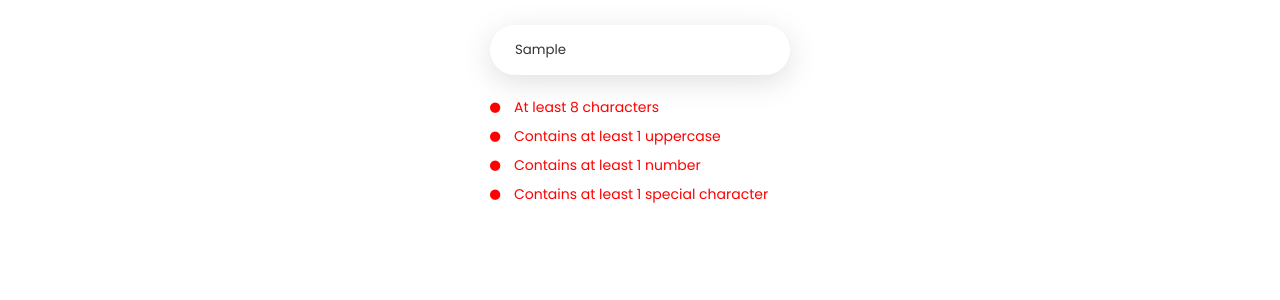
Repository: thuan711/All-about-JS
Page: pass-validation.html
The author's editor kept a copy of each file at every save. The page is drawn from the files as they stood at one save, then again after the next save.
The browser window is 1280 px wide. The pictures show the whole page.
Empty fields were first filled with sample values (such as "Sample", 5 or name@example.com).
After loading, the first visible `input.input` was changed once.

Above is the page before, as saved 2022-12-30 12:56:52.

### pass-validation.html
<!DOCTYPE html>
<html lang="en">
  <head>
    <meta charset="UTF-8" />
    <meta http-equiv="X-UA-Compatible" content="IE=edge" />
    <title>Input password strength</title>
    <link rel="preconnect" href="https://fonts.gstatic.com" />
    <link
      href="https://fonts.googleapis.com/css2?family=Poppins:wght@400;600&display=swap"
      rel="stylesheet"
    />
    <link
      rel="stylesheet"
      href="https://cdnjs.cloudflare.com/ajax/libs/font-awesome/4.7.0/css/font-awesome.min.css"
      integrity="sha512-SfTiTlX6kk+qitfevl/7LibUOeJWlt9rbyDn92a1DqWOw9vWG2MFoays0sgObmWazO5BQPiFucnnEAjpAB+/Sw=="
      crossorigin="anonymous"
    />
    <style>
        html {
            box-sizing: border-box;
          }
          * {
            margin: 0;
            padding: 0;
          }
          *,
          *:before,
          *:after {
            box-sizing: border-box;
          }
          input,
          textarea,
          select,
          button {
            outline: none;
          }
          input {
            line-height: normal;
          }
          label,
          button {
            cursor: pointer;
          }
          a {
            text-decoration: none;
          }
          img {
            display: block;
            max-width: 100%;
          }
          *,
          *:before,
          *:after {
            box-sizing: border-box;
          }
          /* using rem unit */
          html {
            font-size: 62.5%;
          }
          a {
            text-decoration: none;
          }
          img {
            display: block;
            max-width: 100%;
          }
          body {
            font-family: "Poppins", sans-serif;
            font-size: 16px;
            line-height: 1;
          }

          .input {
            background-color: white;
            border: 0;
            border-radius: 50px;
            padding: 15px 25px;
            padding-right: 50px;
            color: #333;
            font-family: "Poppins", sans-serif;
            display: block;
            box-shadow: rgba(100, 100, 111, 0.2) 0px 7px 29px 0px;
            width: 100%;
          }
          .input.invalid + .input-icons .fa-times,
          .input.valid + .input-icons .fa-check {
            opacity: 1;
            visibility: visible;
            transform: scale(1);
          }
          .input-wrapper {
            position: relative;
            width: 300px;
            margin: 25px auto;
          }
          .input-icons {
            position: absolute;
            top: 50%;
            transform: translateY(-50%);
            right: 25px;
            display: flex;
            justify-content: center;
            align-items: center;
          }
          .input-icons i {
            color: white;
            width: 20px;
            height: 20px;
            border-radius: 20px;
            display: flex;
            justify-content: center;
            align-items: center;
            font-size: 10px;
            opacity: 0;
            visibility: hidden;
            transform: scale(0);
            transition: all 0.2s ease;
            position: absolute;
          }
          .fa-check {
            background-color: #20e3b2;
          }
          .fa-times {
            background-color: #fc5776;
          }
          .check-list {
            margin-top: 25px;
            font-size: 14px;
            font-weight: 300;
            color: #999;
          }
          .check-item {
            margin-bottom: 15px;
          }
          .check-item.active {
            color: #20e3b2;
          }
          .check-item.unactive {
            color: #f00;
          }
          .check-item i {
            font-size: 12px;
            color: inherit;
            margin-right: 10px;
          }
    </style>
  </head>
  <body>
    <div class="input-wrapper">
      <input type="text" class="input" placeholder="Your password" />
      <div class="input-icons">
        <i class="fa fa-check"></i>
        <i class="fa fa-times"></i>
      </div>
      <div class="check-list">
        <div class="check-item check-length" data-validation="length">
          <i class="fa fa-circle"></i> At least 8 characters
        </div>
        <div class="check-item check-upper">
          <i class="fa fa-circle"></i> Contains at least 1 uppercase
        </div>
        <div class="check-item check-number">
          <i class="fa fa-circle"></i> Contains at least 1 number
        </div>
        <div class="check-item check-special">
          <i class="fa fa-circle"></i> Contains at least 1 special character
        </div>
      </div>
    </div>
    <script src="event/pass-validation.js"></script>
  </body>
</html>

### event/pass-validation.js
window.addEventListener("load", function(){
    const passwordInput = document.querySelector(".input");
    passwordInput.addEventListener("input", function(e){
        const value = e.target.value;
        const checkLenghtClass = e.target.parentNode.querySelector(".check-length");
        const checkUpperClass = e.target.parentNode.querySelector(".check-upper");
        const checkNumberClass = e.target.parentNode.querySelector(".check-number");
        const checkSpecialClass = e.target.parentNode.querySelector(".check-special");
        const checkItems = e.target.parentNode.querySelector(".check-item");
        if(!value){
            [...checkItems].forEach((item) =>{
                item.classList.remove("active");
                item.classList.remove("unactive");
            });
            return;
        }
        if(value.length < 8){
            checkLenghtClass.classList.add("unactive");
            checkLenghtClass.classList.remove("active");
        } else{
            checkLenghtClass.classList.add("active");
            checkLenghtClass.classList.remove("unactive");
        }

        if(!/A-Z/.test(value)){
            checkUpperClass.classList.add("unactive");
            checkUpperClass.classList.remove("active");
        } else {
            checkUpperClass.classList.add("active");
            checkUpperClass.classList.remove("unactive");
        }

        if(!/0-9/.test(value)){
            checkNumberClass.classList.add("unactive");
            checkNumberClass.classList.remove("active");
        } else {
            checkNumberClass.classList.add("active");
            checkNumberClass.classList.remove("unactive");
        }

        if(!/[$@%^&*()!|-]/.test(value)){
            checkSpecialClass.classList.add("unactive");
            checkSpecialClass.classList.remove("active");
        } else {
            checkSpecialClass.classList.add("active");
            checkSpecialClass.classList.remove("unactive");
        }
    });
});

After the next save:
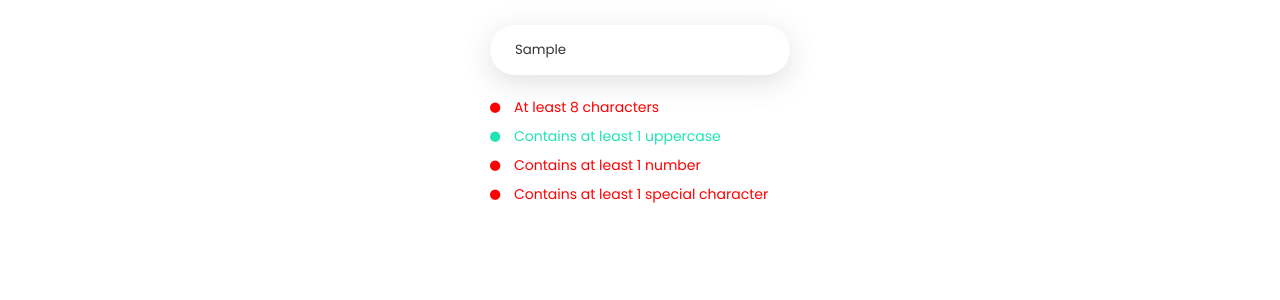
Saved 4 min 32 s later.
--- a/event/pass-validation.js
+++ b/event/pass-validation.js
@@ -22,28 +22,41 @@ window.addEventListener("load", function(){
             checkLenghtClass.classList.remove("unactive");
         }
 
-        if(!/A-Z/.test(value)){
-            checkUpperClass.classList.add("unactive");
-            checkUpperClass.classList.remove("active");
+        // if(!/A-Z/.test(value)){
+        //     checkUpperClass.classList.add("unactive");
+        //     checkUpperClass.classList.remove("active");
+        // } else {
+        //     checkUpperClass.classList.add("active");
+        //     checkUpperClass.classList.remove("unactive");
+        // }
+
+        // if(!/0-9/.test(value)){
+        //     checkNumberClass.classList.add("unactive");
+        //     checkNumberClass.classList.remove("active");
+        // } else {
+        //     checkNumberClass.classList.add("active");
+        //     checkNumberClass.classList.remove("unactive");
+        // }
+
+        // if(!/[$@%^&*()!|-]/.test(value)){
+        //     checkSpecialClass.classList.add("unactive");
+        //     checkSpecialClass.classList.remove("active");
+        // } else {
+        //     checkSpecialClass.classList.add("active");
+        //     checkSpecialClass.classList.remove("unactive");
+        // }
+        passwordInputValidation(checkUpperClass, value, /[A-Z]/);
+        passwordInputValidation(checkNumberClass, value, /[0-9]/);
+        passwordInputValidation(checkSpecialClass, value, /[$@%^&*()}{[\]}!]/);
+    });
+
+    function passwordInputValidation(selector, value, regex) {
+        if (!regex.test(value)) {
+        selector.classList.add("unactive");
+        selector.classList.remove("active");
         } else {
-            checkUpperClass.classList.add("active");
-            checkUpperClass.classList.remove("unactive");
+        selector.classList.add("active");
+        selector.classList.remove("unactive");
         }
-
-        if(!/0-9/.test(value)){
-            checkNumberClass.classList.add("unactive");
-            checkNumberClass.classList.remove("active");
-        } else {
-            checkNumberClass.classList.add("active");
-            checkNumberClass.classList.remove("unactive");
-        }
-
-        if(!/[$@%^&*()!|-]/.test(value)){
-            checkSpecialClass.classList.add("unactive");
-            checkSpecialClass.classList.remove("active");
-        } else {
-            checkSpecialClass.classList.add("active");
-            checkSpecialClass.classList.remove("unactive");
-        }
-    });
+    }
 });
